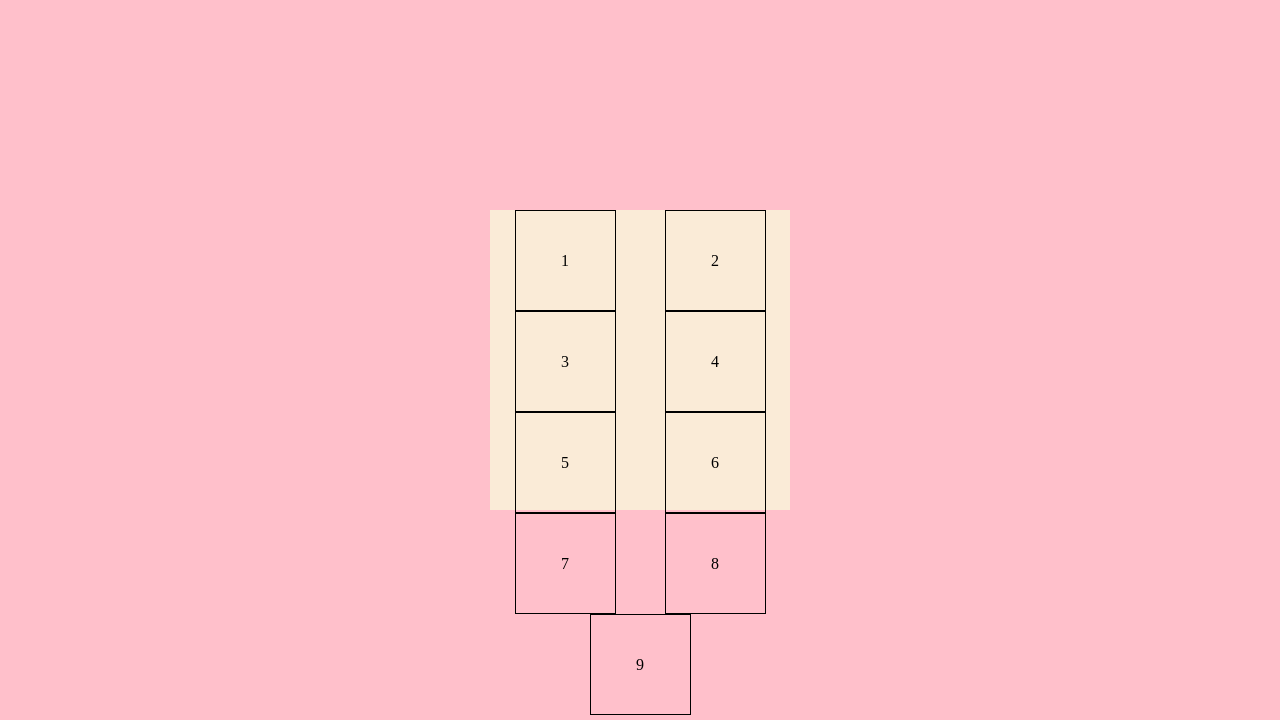
Repository: MMXiaohang/frontend-interview-coding
Page: 18.九宫格布局 flex.html
An editor plug-in stored every save of this project. The page is shown before and after the next save, followed by the edit.
The browser window is 1280 px wide. The pictures show the whole page.

Above is the page before, as saved 2022-04-01 12:00:28.

After the next save:
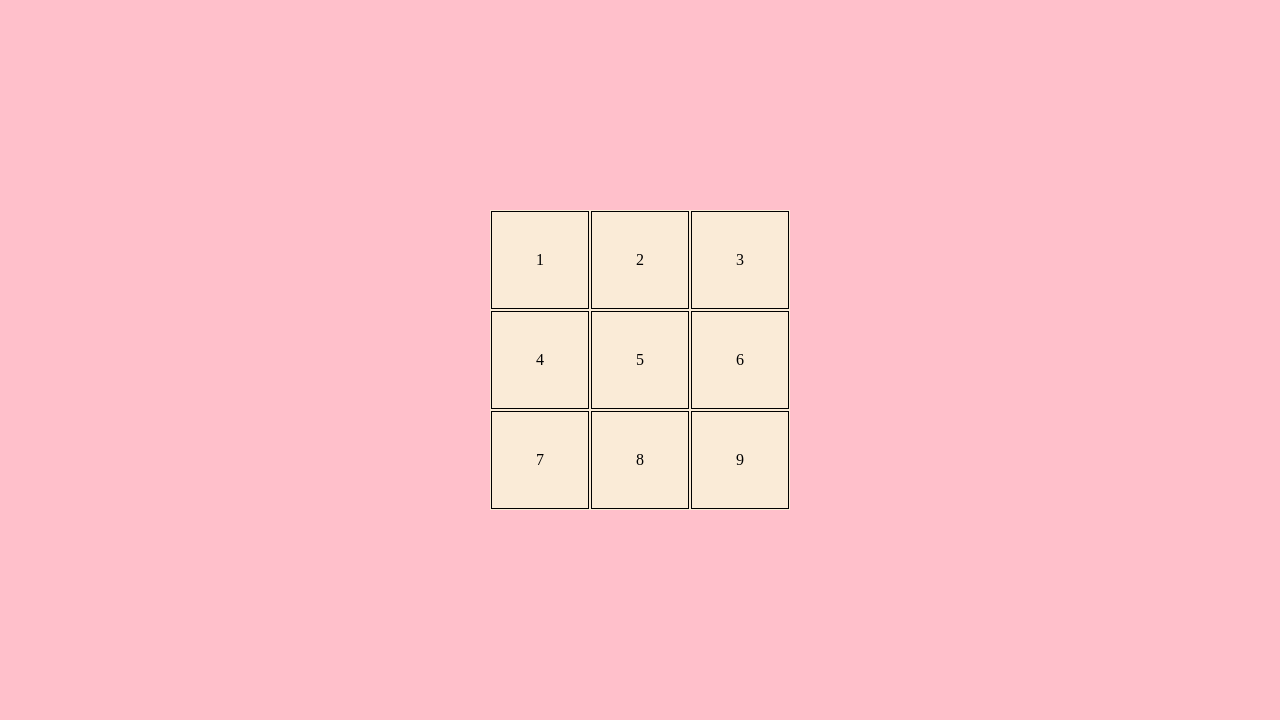
Saved 10 s later.
--- a/18.九宫格布局 flex.html
+++ b/18.九宫格布局 flex.html
@@ -35,8 +35,8 @@
         li{
             display: grid;
             place-items: center;
-            width: 33%;
-            height: 33%;
+            width: 32%;
+            height: 32%;
             border: 1px solid black;
             transition: all 1s linear;
         }
